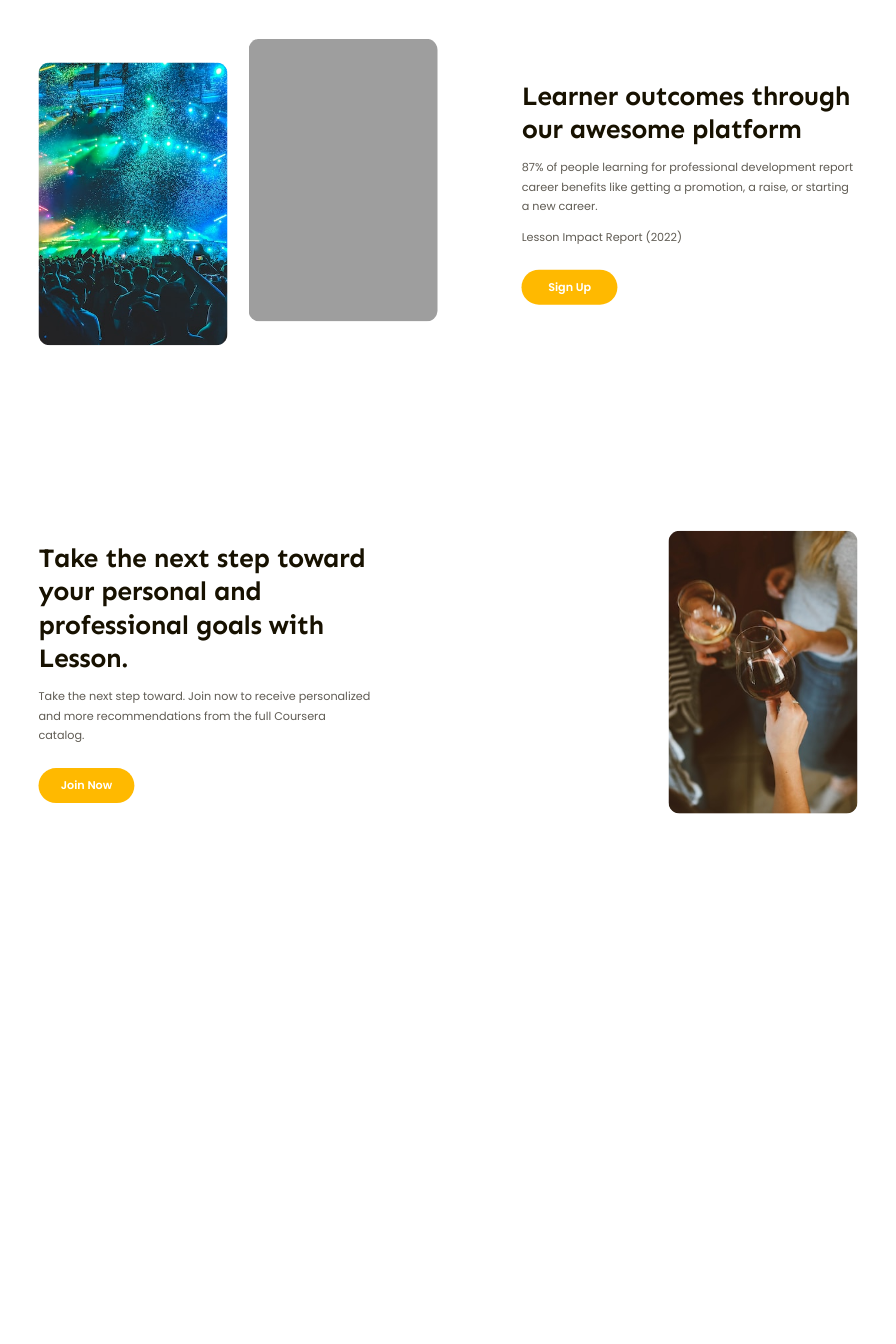
Repository: anhtien111198/f8-htmlcss-02
Page: index.html
These files come from the project's save history. The page is drawn as it stood at one moment and after the next save; the edit follows.
The browser window is 1280 px wide. The pictures show the part of the page from y = 2475 to 4395 px (the page is 5000 px tall), at 70% of full size.
Pictures or frames that could not be fetched are drawn as grey boxes. A picture or video elsewhere on the page could not be fetched, so the positions and the page height are approximate.

Above is the page before, as saved 2023-05-09 15:49:29.

### index.html
<!DOCTYPE html>
<html lang="en">
    <head>
        <meta charset="UTF-8" />
        <meta http-equiv="X-UA-Compatible" content="IE=edge" />
        <meta name="viewport" content="width=device-width, initial-scale=1.0" />
        <title>F8 project 02</title>
        <!-- reset css -->
        <link rel="stylesheet" href="./assets/css/reset.css" />
        <!-- font style -->
        <link rel="preconnect" href="https://fonts.googleapis.com" />
        <link rel="preconnect" href="https://fonts.gstatic.com" crossorigin />
        <link
            href="https://fonts.googleapis.com/css2?family=Poppins:ital,wght@0,400;0,500;0,600;0,700;0,800;0,900;1,400&family=Sen:wght@700&display=swap"
            rel="stylesheet"
        />
        <!-- style css -->
        <link rel="stylesheet" href="./assets/css/style.css" />
    </head>
    <body>
        <main style="height: 5000px">
            <!-- header -->
            <header class="header fixed">
                <div class="main-content">
                    <div class="body">
                        <img
                            src="./assets/img/Logo.svg"
                            alt="lesson."
                            class="logo"
                        />
                        <!-- nav -->
                        <nav class="nav">
                            <ul>
                                <li class="active">
                                    <a href="#!">Home</a>
                                </li>
                                <li>
                                    <a href="#!">Courses</a>
                                </li>
                                <li>
                                    <a href="#!">Pricing</a>
                                </li>
                                <li>
                                    <a href="#!">Reviews</a>
                                </li>
                            </ul>
                        </nav>
                        <!-- action -->
                        <div class="action">
                            <a href="#!" class="btn sign-up-btn">Sign Up</a>
                        </div>
                    </div>
                </div>
            </header>
            <!-- Hero -->
            <div class="hero">
                <div class="main-content">
                    <div class="body">
                        <!-- hero-left -->
                        <div class="media-block">
                            <img
                                src="./assets/img/hero-img-2.jpg"
                                alt="Learn without limits and spread knowledge."
                                class="img"
                            />
                            <div class="hero-summary">
                                <div class="item">
                                    <div class="icon">
                                        <img
                                            src="./assets/icons/list.svg"
                                            alt="list"
                                        />
                                    </div>
                                    <div class="info">
                                        <p class="label">20 Courses</p>
                                        <p class="title">UI/UX Design</p>
                                    </div>
                                </div>

                                <div class="item">
                                    <div class="icon">
                                        <img
                                            src="./assets/icons/code.svg"
                                            alt="list"
                                        />
                                    </div>
                                    <div class="info">
                                        <p class="label">20 Courses</p>
                                        <p class="title">Development</p>
                                    </div>
                                </div>

                                <div class="item">
                                    <div class="icon">
                                        <img
                                            src="./assets/icons/speaker.svg"
                                            alt="list"
                                        />
                                    </div>
                                    <div class="info">
                                        <p class="label">30 Courses</p>
                                        <p class="title">Marketing</p>
                                    </div>
                                </div>
                            </div>
                        </div>
                        <!-- hero right -->
                        <div class="content-block">
                            <h1 class="heading lv1">
                                Learn without limits and spread knowledge.
                            </h1>
                            <p class="desc">
                                Build new skills for that “this is my year”
                                feeling with courses, certificates, and degrees
                                from world-class universities and companies.
                            </p>
                            <div class="cta-group">
                                <a href="" class="btn hero-cta">See Course</a>
                                <button class="watch-video">
                                    <div class="icon">
                                        <img
                                            src="./assets/icons/play.svg"
                                            alt="play"
                                        />
                                    </div>
                                    <span>Watch Video</span>
                                </button>
                            </div>
                            <p class="desc">Recent engagement</p>
                            <p class="desc stats">
                                <strong>50K</strong> Students
                                <strong>70+</strong> Courses
                            </p>
                        </div>
                    </div>
                </div>
            </div>
            <!-- Popular -->
            <div class="popular">
                <div class="main-content">
                    <div class="popular-top">
                        <div class="info">
                            <h2 class="heading lv2">Our popular courses</h2>
                            <p class="desc">
                                Build new skills with new trendy courses and
                                shine for the next future career.
                            </p>
                        </div>
                        <div class="controls">
                            <button class="control-btn">
                                <svg
                                    width="8"
                                    height="14"
                                    viewBox="0 0 8 14"
                                    fill="none"
                                    xmlns="http://www.w3.org/2000/svg"
                                >
                                    <path
                                        d="M7 1L1 7L7 13"
                                        stroke="currentColor"
                                        stroke-linecap="round"
                                        stroke-linejoin="round"
                                    />
                                </svg>
                            </button>
                            <button class="control-btn">
                                <svg
                                    width="8"
                                    height="14"
                                    viewBox="0 0 8 14"
                                    fill="none"
                                    xmlns="http://www.w3.org/2000/svg"
                                >
                                    <path
                                        d="M1 1L7 7L1 13"
                                        stroke="currentColor"
                                        stroke-linecap="round"
                                        stroke-linejoin="round"
                                    />
                                </svg>
                            </button>
                        </div>
                    </div>

                    <div class="course-list">
                        <!-- course 1 -->
                        <div class="course-item">
                            <a href="#!">
                                <img
                                    src="./assets/img/course-1.jpg"
                                    alt="Basic web design"
                                    class="thumb"
                                />
                            </a>
                            <div class="info">
                                <div class="head">
                                    <h3 class="title">
                                        <a
                                            href="#!"
                                            class="line-clamp break-all"
                                        >
                                            Basic web design
                                        </a>
                                    </h3>
                                    <div class="rating">
                                        <img
                                            src="./assets/icons/star.svg"
                                            alt="star"
                                            class="star"
                                        />
                                        <span class="value">4.5</span>
                                    </div>
                                </div>
                                <p class="desc line-clamp line-2 break-all">
                                    Get the best course, gain knowledge and
                                    shine for your future career.
                                </p>
                                <div class="foot">
                                    <span class="price">$120.75</span>
                                    <button class="btn book-btn">
                                        Book Now
                                    </button>
                                </div>
                            </div>
                        </div>

                        <!-- course-2 -->
                        <div class="course-item">
                            <a href="">
                                <img
                                    src="./assets/img/course-2.jpg"
                                    alt="UI/UX design"
                                    class="thumb"
                                />
                            </a>
                            <div class="info">
                                <div class="head">
                                    <h3 class="title">
                                        <a href="" class="line-clamp break-all">
                                            UI/UX design
                                        </a>
                                    </h3>
                                    <div class="rating">
                                        <img
                                            src="./assets/icons/star.svg"
                                            alt="star"
                                            class="star"
                                        />
                                        <span class="value">4.5</span>
                                    </div>
                                </div>
                                <p class="desc line-clamp line-2 break-all">
                                    Get the best course, gain knowledge and
                                    shine for your future career.
                                </p>
                                <div class="foot">
                                    <span class="price">$120.75</span>
                                    <button class="btn book-btn">
                                        Book Now
                                    </button>
                                </div>
                            </div>
                        </div>
                        <!-- course 3 -->
                        <div class="course-item">
                            <a href="">
                                <img
                                    src="./assets/img/course-3.jpg"
                                    alt="Web App design"
                                    class="thumb"
                                />
                            </a>
                            <div class="info">
                                <div class="head">
                                    <h3 class="title">
                                        <a href="" class="line-clamp break-all"
                                            >Web App design</a
                                        >
                                    </h3>
                                    <div class="rating">
                                        <img
                                            src="./assets/icons/star.svg"
                                            alt="star"
                                            class="star"
                                        />
                                        <span class="value">4.5</span>
                                    </div>
                                </div>
                                <p class="desc line-clamp line-2 break-all">
                                    Get the best course, gain knowledge and
                                    shine for your future career.
                                </p>
                                <div class="foot">
                                    <span class="price">$120.75</span>
                                    <button class="btn book-btn">
                                        Book Now
                                    </button>
                                </div>
                            </div>
                        </div>
                    </div>
                </div>
            </div>
            <!-- Feedback -->
            <div class="feedback">
                <div class="main-content">
                    <div class="feedback-list">
                        <!-- feedback 1 -->
                        <div class="feedback-item">
                            <div class="info">
                                <img
                                    src="./assets/img/avatar-1.jpg"
                                    alt="Peter Moor"
                                    class="avatar"
                                />
                                <p class="title">Peter Moor</p>
                                <p class="desc">Student of Web Design</p>
                                <div class="dots">
                                    <span class="dot active"></span>
                                    <span class="dot"></span>
                                    <span class="dot"></span>
                                </div>
                            </div>
                            <div class="content">
                                <img
                                    src="./assets/icons/open-quote.svg"
                                    alt=""
                                    class="open-quotes"
                                />
                                <blockquote>
                                    Not only does my resume look
                                    impressive—filled with the names and logos
                                    of world-class institutions—but these
                                    certificates also bring me closer to my
                                    career goals by validating the skills I've
                                    learned."
                                </blockquote>
                            </div>
                        </div>
                        <!-- feedback 2 -->
                        <div class="feedback-item">
                            <div class="info">
                                <img
                                    src="./assets/img/feedback-avatar-2.jpg"
                                    alt="Peter Moor"
                                    class="avatar"
                                />
                                <p class="title">Peter Moor</p>
                                <p class="desc">Student of Web Design</p>
                                <div class="dots">
                                    <span class="dot"></span>
                                    <span class="dot active"></span>
                                    <span class="dot"></span>
                                </div>
                            </div>
                            <div class="content">
                                <img
                                    src="./assets/icons/open-quote.svg"
                                    alt=""
                                    class="open-quotes"
                                />
                                <blockquote>
                                    Not only does my resume look
                                    impressive—filled with the names and logos
                                    of world-class institutions—but these
                                    certificates also bring me closer to my
                                    career goals by validating the skills I've
                                    learned."
                                </blockquote>
                            </div>
                        </div>
                        <!-- feedback 3 -->
                        <div class="feedback-item">
                            <div class="info">
                                <img
                                    src="./assets/img/feedback-avatar-3.jpg"
                                    alt="Peter Moor"
                                    class="avatar"
                                />
                                <p class="title">Peter Moor</p>
                                <p class="desc">Student of Web Design</p>
                                <div class="dots">
                                    <span class="dot"></span>
                                    <span class="dot"></span>
                                    <span class="dotactive"></span>
                                </div>
                            </div>
                            <div class="content">
                                <img
                                    src="./assets/icons/open-quote.svg"
                                    alt=""
                                    class="open-quotes"
                                />
                                <blockquote>
                                    Not only does my resume look
                                    impressive—filled with the names and logos
                                    of world-class institutions—but these
                                    certificates also bring me closer to my
                                    career goals by validating the skills I've
                                    learned."
                                </blockquote>
                            </div>
                        </div>
                    </div>
                </div>
            </div>
            <!-- Features 1 -->
            <div class="features">
                <div class="main-content">
                    <div class="body">
                        <div class="images">
                            <img
                                class="lower"
                                src="./assets/img/feature-1.jpg"
                                alt="Learner outcomes through our awesome platform"
                            />
                            <img
                                src="./assets/img/feature-2.jpg"
                                alt="Learner outcomes through our awesome platform"
                            />
                        </div>
                        <div class="content">
                            <h2 class="heading lv2">
                                Learner outcomes through our awesome platform
                            </h2>
                            <p class="desc">
                                87% of people learning for professional
                                development report career benefits like getting
                                a promotion, a raise, or starting a new career.
                            </p>
                            <p class="desc">Lesson Impact Report (2022)</p>
                            <a href="#!" class="btn cta-btn">Sign Up</a>
                        </div>
                    </div>
                </div>
            </div>

            <!-- Features 2 -->
            <div class="features features-2">
                <div class="main-content">
                    <div class="body">
                        <div class="content">
                            <h2 class="heading lv2">
                                Take the next step toward your personal and
                                professional goals with Lesson.
                            </h2>
                            <p class="desc">
                                Take the next step toward. Join now to receive
                                personalized and more recommendations from the
                                full Coursera catalog.
                            </p>
                            <a href="#!" class="btn cta-btn">Join Now</a>
                        </div>
                        <div class="images">
                            <img
                                src="./assets/img/feature-3.jpg"
                                alt="Take the next step toward your personal and professional goals with Lesson."
                            />
                        </div>
                    </div>
                </div>
            </div>
        </main>
    </body>
</html>

Loaded but not shown: assets/css/reset.css (common file); assets/css/style.css (464 lines, source omitted)

After the next save:
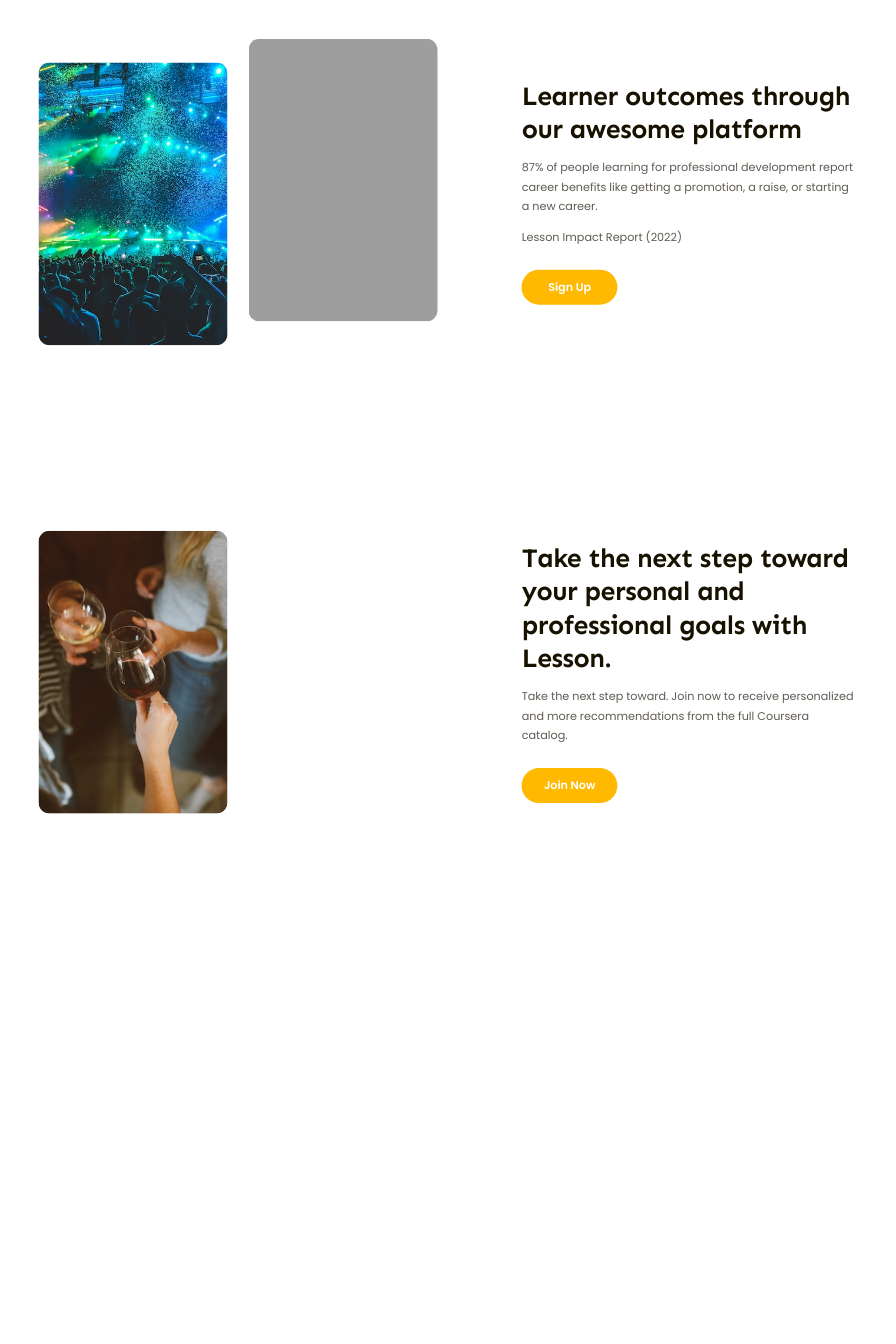
Saved 69 s later.
--- a/index.html
+++ b/index.html
@@ -439,6 +439,12 @@
             <div class="features features-2">
                 <div class="main-content">
                     <div class="body">
+                        <div class="images">
+                            <img
+                                src="./assets/img/feature-3.jpg"
+                                alt="Take the next step toward your personal and professional goals with Lesson."
+                            />
+                        </div>
                         <div class="content">
                             <h2 class="heading lv2">
                                 Take the next step toward your personal and
@@ -451,12 +457,6 @@
                             </p>
                             <a href="#!" class="btn cta-btn">Join Now</a>
                         </div>
-                        <div class="images">
-                            <img
-                                src="./assets/img/feature-3.jpg"
-                                alt="Take the next step toward your personal and professional goals with Lesson."
-                            />
-                        </div>
                     </div>
                 </div>
             </div>
